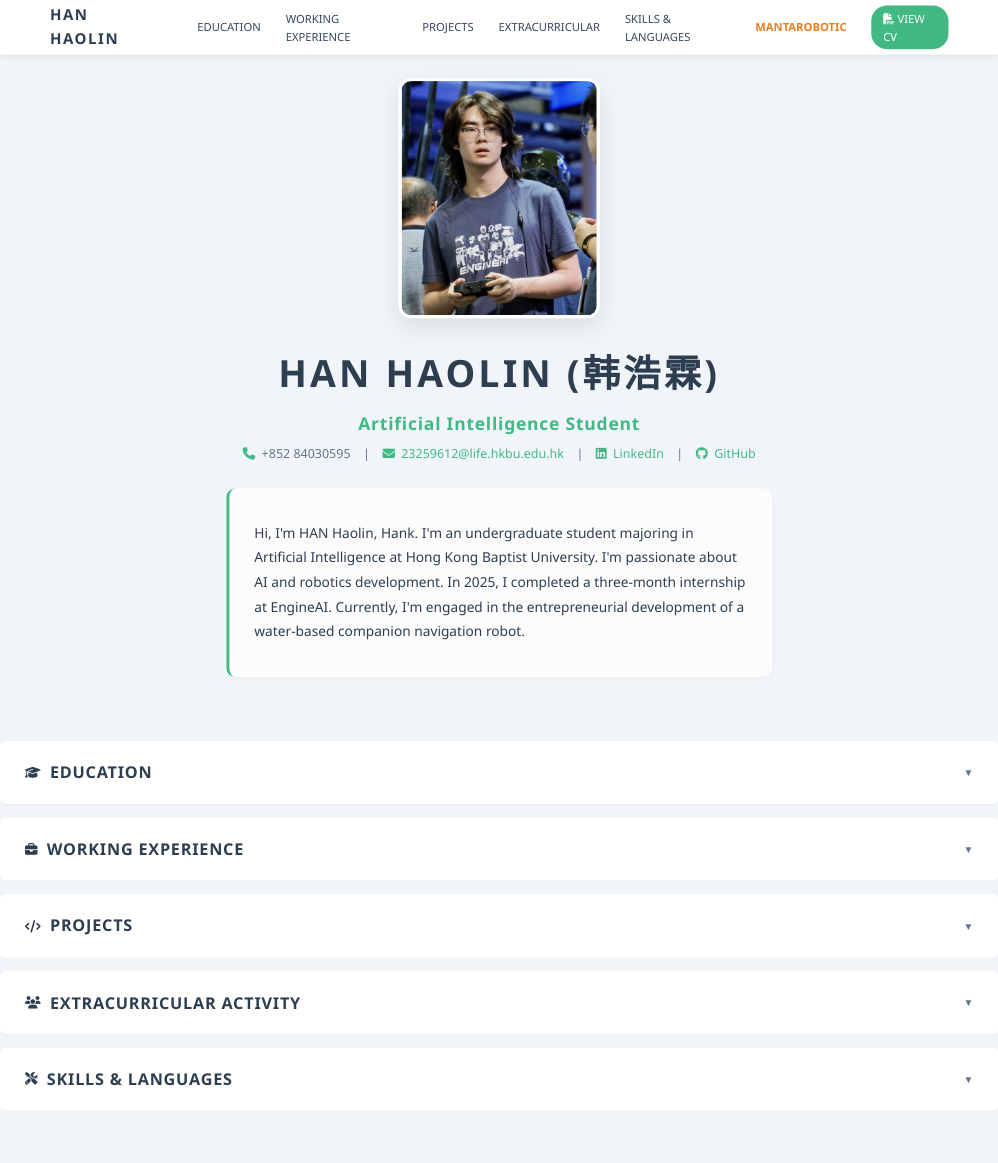
Repository: hhl2802149944-afk/hhl2802149944-afk.github.io
Page: /
An editor plug-in stored every save of this project. The page is shown before and after the next save, followed by the edit.
The browser window is 1280 px wide. The pictures show the whole page, at 78% of full size.
The project was rebuilt for these pictures with package versions that can differ from the ones it lists, and the page was loaded fresh each time. Also part of the build but not shown: vite.config.js, src/components/ProjectCard.vue, src/views/MantaRoboticView.vue.

Above is the page before, as saved 2026-01-22 11:28:59.

### index.html
<!DOCTYPE html>
<html lang="en">
  <head>
    <meta charset="UTF-8">
    <link rel="icon" href="/favicon.ico">
    <meta name="viewport" content="width=device-width, initial-scale=1.0">
    <title>Han Haolin - Resume</title>
  </head>
  <body>
    <div id="app"></div>
    <script type="module" src="/src/main.js"></script>
  </body>
</html>

### src/main.js
import { createApp } from 'vue'
import App from './App.vue'
import router from './router'
import './assets/main.css'
import '@fortawesome/fontawesome-free/css/all.css'

const app = createApp(App)

app.use(router)

app.mount('#app')

### src/App.vue
<script setup>
import { RouterView } from 'vue-router'
</script>

<template>
  <RouterView />
</template>

<style>
/* Global styles can go here */
</style>

### src/router/index.js
import { createRouter, createWebHistory } from 'vue-router'
import HomeView from '../views/HomeView.vue'
import MantaRoboticView from '../views/MantaRoboticView.vue'

const router = createRouter({
  history: createWebHistory(import.meta.env.BASE_URL),
  routes: [
    {
      path: '/',
      name: 'home',
      component: HomeView
    },
    {
      path: '/manta-robotic',
      name: 'manta-robotic',
      component: MantaRoboticView
    }
  ]
})

export default router

### src/assets/main.css
:root {
  --primary-color: #2c3e50;
  --secondary-color: #34495e;
  --accent-color: #42b883;
  --text-color: #2c3e50;
  --light-text: #64748b;
  --bg-color: #f1f5f9;
  --card-bg: #ffffff;
  --border-color: #e2e8f0;
}

body {
  margin: 0;
  font-family: 'Segoe UI', Roboto, Helvetica, Arial, sans-serif;
  background-color: var(--bg-color);
  color: var(--text-color);
  line-height: 1.6;
}

.home {
  max-width: 1000px;
  margin: 0 auto;
  min-height: 100vh;
  background-color: white;
  box-shadow: 0 0 20px rgba(0,0,0,0.05);
  padding: 3rem 4rem;
}

h1, h2, h3, h4 {
  color: var(--primary-color);
  margin-top: 0;
}

a {
  color: var(--accent-color);
  text-decoration: none;
  transition: color 0.2s;
}

a:hover {
  color: var(--secondary-color);
  text-decoration: underline;
}

@media (max-width: 768px) {
  .home {
    padding: 2rem;
  }
}

@media (max-width: 480px) {
  .home {
    padding: 1rem;
  }
}

### src/views/HomeView.vue
<script setup>
import NavBar from '../components/NavBar.vue'
import ResumeHeader from '../components/ResumeHeader.vue'
import ResumeSection from '../components/ResumeSection.vue'
import ProjectCard from '../components/ProjectCard.vue'

const resumeData = {
  name: "Han Haolin (韩浩霖)",
  title: "Artificial Intelligence Student",
  summary: "Hi, I'm HAN Haolin, Hank. I'm an undergraduate student majoring in Artificial Intelligence at Hong Kong Baptist University. I'm passionate about AI and robotics development. In 2025, I completed a three-month internship at EngineAI. Currently, I'm engaged in the entrepreneurial development of a water-based companion navigation robot.",
  contact: {
    phone: "+852 84030595",
    email: "23259612@life.hkbu.edu.hk",
    linkedin: "https://linkedin.com/in/HaolinHAN",
    github: "https://github.com/hhl2802149944-afk"
  },
  education: {
    school: "Hong Kong Baptist University",
    major: "Artificial Intelligence",
    gpa: "3.01/4",
    courses: ["Artificial Intelligence and Machine Learning", "Software Engineering", "Data Communications and Networking"]
  },
  experience: [
    {
      name: "EngineAI Robotics Technology Co., Ltd.",
      date: "May - Aug 2025",
      role: "Robot Embedded Software Intern",
      details: [
        "Learning robot embedded software development based on the Ubuntu system, conducting factory testing of products and developing with the Intel RealSense D435i.",
        "Participate in world-class artificial intelligence exhibitions such as Macau EXPO and WRC, showcasing company products while conducting market research and sales activities"
      ]
    },
    {
      name: "Student Helper for Computer Science",
      date: "Nov - Dec 2024",
      role: "Hong Kong Baptist University",
      details: [
        "Facilitated weekly Python programming labs under professor supervision.",
        "Providing hands-on coding guidance to 30+ undergraduate students."
      ]
    }
  ],
  projects: [
    {
      name: "Internship Management System Documentation",
      date: "Oct 2025 - Dec 2025",
      role: "Software Engineering Project",
      details: [
        "Proposal for Enhancements and Testing Plan for the Internship System.",
        "Total: 105 pages, 13,377 words."
      ]
    },
    {
      name: "Online Multiplayer Drawing and Chat Platform",
      date: "2025",
      role: "Full-Stack Developer",
      details: [
        "Designed and implemented a real-time multiplayer drawing and chat system.",
        "Full-Stack Design for a Library Management Website."
      ]
    },
    {
      name: "Java Game Development Portfolio",
      date: "2024",
      role: "Game Programmer",
      details: [
        "Successfully developed three classic games: Labyrinth, Tetris, and Modern Art.",
        "Designed and developed an original computer game as an independent project."
      ]
    },
    {
      name: "Soccer Recognition AI System",
      date: "2025",
      role: "AI Developer",
      details: [
        "Developed an autonomous model for identifying and tracking players and the ball in soccer footage.",
        "Implemented computer vision algorithms to process real-time sports video data."
      ]
    }
  ],
  extracurricular: [
    {
      name: "Internal Vice President",
      date: "Apr 2024 - Apr 2025",
      role: "HKBU Chinese Students and Scholars Association",
      details: [
        "Communicated with executive board members, organized team building, and improved cohesion.",
        "Organised a two-week orientation programme for 300 new mainland students.",
        "Managed a total of 13 events during the year."
      ]
    },
    {
      name: "ROBOCON 2025，HKBU",
      date: "Dec 2024 - Jan 2025",
      role: "Mechanical Design and Programming Engineer",
      details: [
        "Mechanical designer for the HKBU team in the 2025 Robocon robotics competition.",
        "Assisted with site identification and programming of AI autonomous task modules."
      ]
    }
  ],
  skills: {
    programming: ["Python", "Java", "Javascript", "HTML", "Markdown"],
    ai_tech: ["CNN", "RNN", "GAN", "Ubuntu"],
    publicity: ["Canva", "WeChat Public", "Capcut"]
  },
  languages: [
    { name: "Mandarin", level: "Native" },
    { name: "English", level: "Fluent" },
    { name: "Cantonese", level: "Basic" }
  ]
}
</script>

<template>
  <NavBar />
  <main class="resume-container">
    <ResumeHeader
      :name="resumeData.name"
      :title="resumeData.title"
      :contact="resumeData.contact"
      :summary="resumeData.summary"
    />

    <ResumeSection title="Education" id="education">
      <template #icon><i class="fas fa-graduation-cap"></i></template>
      <div class="education-item">
        <div class="edu-header">
          <h3>{{ resumeData.education.school }}</h3>
          <span class="gpa">cGPA: {{ resumeData.education.gpa }}</span>
        </div>
        <p class="major">Major: {{ resumeData.education.major }}</p>
        <p class="courses"><strong>Core Courses:</strong> {{ resumeData.education.courses.join(', ') }}</p>
      </div>
    </ResumeSection>

    <ResumeSection title="Working Experience" id="experience">
      <template #icon><i class="fas fa-briefcase"></i></template>
      <ProjectCard
        v-for="(exp, index) in resumeData.experience"
        :key="index"
        :project="exp"
      />
    </ResumeSection>

    <ResumeSection title="Projects" id="projects">
      <template #icon><i class="fas fa-code"></i></template>
      <ProjectCard
        v-for="(proj, index) in resumeData.projects"
        :key="index"
        :project="proj"
      />
    </ResumeSection>

    <ResumeSection title="Extracurricular Activity" id="extracurricular">
      <template #icon><i class="fas fa-users"></i></template>
      <ProjectCard
        v-for="(item, index) in resumeData.extracurricular"
        :key="index"
        :project="item"
      />
    </ResumeSection>

    <ResumeSection title="Skills & Languages" id="skills">
      <template #icon><i class="fas fa-tools"></i></template>
      <div class="skills-lang-grid">
        <div class="skills-grid">
          <div class="skill-category">
            <h4>Programming</h4>
            <div class="skill-tags">
              <span v-for="skill in resumeData.skills.programming" :key="skill" class="tag">{{ skill }}</span>
            </div>
          </div>
          <div class="skill-category">
            <h4>AI & Tools</h4>
            <div class="skill-tags">
              <span v-for="skill in resumeData.skills.ai_tech" :key="skill" class="tag">{{ skill }}</span>
            </div>
          </div>
          <div class="skill-category">
            <h4>Publicity & Design</h4>
            <div class="skill-tags">
              <span v-for="skill in resumeData.skills.publicity" :key="skill" class="tag">{{ skill }}</span>
            </div>
          </div>
        </div>

        <div class="lang-list">
          <div v-for="lang in resumeData.languages" :key="lang.name" class="lang-item">
            <span class="lang-name">{{ lang.name }}</span>
            <span class="lang-level">{{ lang.level }}</span>
          </div>
        </div>
      </div>
    </ResumeSection>
  </main>
</template>

<style scoped>
.resume-container {
  padding-bottom: 50px;
}

.education-item {
  margin-bottom: 1.5rem;
}

.edu-header {
  display: flex;
  justify-content: space-between;
  align-items: center;
}

.major {
  font-weight: bold;
  color: var(--accent-color);
  margin: 0.2rem 0;
}

.courses {
  font-size: 0.9rem;
  color: #555;
}

.skills-lang-grid {
  display: grid;
  grid-template-columns: 2fr 1fr;
  gap: 2rem;
  align-items: start;
}

.skills-grid {
  display: flex;
  flex-direction: column;
  gap: 1.5rem;
}

.skill-category h4 {
  margin-bottom: 1rem;
  color: var(--secondary-color);
  border-bottom: 1px solid #ddd;
  padding-bottom: 0.3rem;
  font-size: 1rem;
}

.skill-tags {
  display: flex;
  flex-wrap: wrap;
  gap: 0.5rem;
}

.tag {
  background: #eef2f7;
  padding: 0.3rem 0.8rem;
  border-radius: 15px;
  font-size: 0.85rem;
  color: var(--primary-color);
}

.lang-list {
  display: flex;
  flex-direction: column;
  gap: 0.8rem;
}

.lang-item {
  display: flex;
  justify-content: space-between;
  padding: 0.5rem;
  background: white;
  border-radius: 4px;
  border-left: 3px solid var(--accent-color);
  box-shadow: 0 1px 3px rgba(0,0,0,0.05);
}

.lang-name {
  font-weight: bold;
}

.lang-level {
  color: #666;
  font-size: 0.9rem;
}

@media (max-width: 768px) {
  .skills-lang-grid {
    grid-template-columns: 1fr;
  }
}
</style>

### src/components/NavBar.vue
<script setup>
import { ref } from 'vue'
import { useRouter, useRoute } from 'vue-router'

const router = useRouter()
const route = useRoute()
const isMenuOpen = ref(false)

const sections = [
  { id: 'education', name: 'Education' },
  { id: 'experience', name: 'Working Experience' },
  { id: 'projects', name: 'Projects' },
  { id: 'extracurricular', name: 'Extracurricular' },
  { id: 'skills', name: 'Skills & Languages' }
]

const scrollToSection = async (id) => {
  if (route.name !== 'home') {
    await router.push({ name: 'home' })
    // Wait for the DOM to update
    setTimeout(() => {
      const el = document.getElementById(id)
      if (el) {
        el.scrollIntoView({ behavior: 'smooth' })
      }
    }, 100)
  } else {
    const el = document.getElementById(id)
    if (el) {
      el.scrollIntoView({ behavior: 'smooth' })
    }
  }
  isMenuOpen.value = false
}

const goToMantaRobotic = () => {
  router.push({ name: 'manta-robotic' })
  isMenuOpen.value = false
}
</script>

<template>
  <nav class="navbar">
    <div class="nav-container">
      <div class="nav-logo" @click="scrollToSection('hero')">HAN HAOLIN</div>

      <div class="nav-links" :class="{ 'nav-active': isMenuOpen }">
        <div v-for="section in sections"
             :key="section.id"
             class="nav-item"
             @click="scrollToSection(section.id)">
          {{ section.name }}
        </div>
        <div class="nav-item highlight" @click="goToMantaRobotic">
          MantaRobotic
        </div>
        <a href="/assets/HAN Haolin's CV.pdf" target="_blank" class="nav-item cv-button">
          <i class="fas fa-file-pdf"></i> View CV
        </a>
      </div>

      <div class="burger" @click="isMenuOpen = !isMenuOpen">
        <div class="line1"></div>
        <div class="line2"></div>
        <div class="line3"></div>
      </div>
    </div>
  </nav>
</template>

<style scoped>
.navbar {
  position: fixed;
  top: 0;
  left: 0;
  width: 100%;
  height: 70px;
  background: white;
  display: flex;
  justify-content: center;
  align-items: center;
  z-index: 1000;
  box-shadow: 0 2px 10px rgba(0,0,0,0.1);
}

.nav-container {
  width: 90%;
  max-width: 1200px;
  display: flex;
  justify-content: flex-start;
  align-items: center;
  gap: 3rem;
}

.nav-logo {
  font-weight: bold;
  font-size: 1.2rem;
  letter-spacing: 2px;
  cursor: pointer;
  color: var(--primary-color);
}

.nav-links {
  display: flex;
  gap: 2rem;
  align-items: center;
}

.nav-item {
  cursor: pointer;
  font-weight: 500;
  color: var(--secondary-color);
  transition: color 0.3s;
  font-size: 0.9rem;
  text-transform: uppercase;
}

.nav-item:hover {
  color: var(--accent-color);
}

.nav-item.highlight {
  color: #e67e22;
  font-weight: bold;
}

.cv-button {
  background: var(--accent-color);
  color: white !important;
  padding: 5px 15px;
  border-radius: 20px;
  transition: transform 0.2s, background 0.2s;
  text-decoration: none !important;
}

.cv-button:hover {
  transform: translateY(-2px);
  background: var(--secondary-color);
}

.burger {
  display: none;
  cursor: pointer;
  margin-left: auto;
}

.burger div {
  width: 25px;
  height: 3px;
  background-color: var(--primary-color);
  margin: 5px;
  transition: all 0.3s ease;
}

@media screen and (max-width: 768px) {
  .nav-links {
    position: absolute;
    right: 0px;
    height: 92vh;
    top: 70px;
    background-color: white;
    display: flex;
    flex-direction: column;
    align-items: center;
    width: 50%;
    transform: translateX(100%);
    transition: transform 0.5s ease-in;
    padding-top: 2rem;
  }

  .nav-links.nav-active {
    transform: translateX(0%);
  }

  .burger {
    display: block;
  }
}
</style>

### src/components/ResumeHeader.vue
<script setup>
defineProps({
  name: String,
  title: String,
  contact: Object,
  summary: String
})

const imageUrl = '/assets/HAN Haolin.jpg'
</script>

<template>
  <header class="resume-header" id="hero">
    <div class="header-content">
      <div class="profile-pic-container">
        <img :src="imageUrl" alt="Han Haolin" class="profile-pic">
      </div>
      <div class="text-info">
        <h1>{{ name }}</h1>
        <p class="subtitle">{{ title }}</p>
        <div class="contact-info">
          <span><i class="fas fa-phone"></i> {{ contact.phone }}</span> |
          <a :href="'mailto:' + contact.email"><i class="fas fa-envelope"></i> {{ contact.email }}</a> |
          <a :href="contact.linkedin" target="_blank"><i class="fab fa-linkedin"></i> LinkedIn</a> |
          <a :href="contact.github" target="_blank"><i class="fab fa-github"></i> GitHub</a>
        </div>
        <div class="about-me">
          <p>{{ summary }}</p>
        </div>
      </div>
    </div>
  </header>
</template>

<style scoped>
.resume-header {
  padding: 100px 0 50px 0;
  margin-bottom: 2rem;
  text-align: center;
}

.header-content {
  display: flex;
  flex-direction: column;
  align-items: center;
  gap: 2rem;
}

.text-info {
  max-width: 700px;
}

h1 {
  margin: 0;
  font-size: 3rem;
  text-transform: uppercase;
  letter-spacing: 4px;
  color: var(--primary-color);
}

.subtitle {
  font-size: 1.4rem;
  color: var(--accent-color);
  font-weight: 600;
  margin: 0.5rem 0;
  letter-spacing: 1px;
}

.contact-info {
  font-size: 1rem;
  color: var(--light-text);
  margin-bottom: 2rem;
  display: flex;
  justify-content: center;
  align-items: center;
  gap: 1rem;
  flex-wrap: wrap;
}

.contact-info i {
  color: var(--accent-color);
  margin-right: 4px;
}

.about-me {
  text-align: left;
  line-height: 1.8;
  font-size: 1.1rem;
  color: var(--text-color);
  background: #fcfcfc;
  padding: 1.5rem 2rem;
  border-radius: 12px;
  border-left: 4px solid var(--accent-color);
  box-shadow: 0 4px 15px rgba(0,0,0,0.02);
}

.profile-pic-container {
  width: 250px;
  height: 300px;
  border-radius: 16px;
  overflow: hidden;
  box-shadow: 0 10px 30px rgba(0,0,0,0.1);
  border: 4px solid white;
  transform-origin: center;
}

.profile-pic {
  width: 100%;
  height: 100%;
  object-fit: cover;
}

@media (max-width: 768px) {
  h1 { font-size: 2.2rem; }
  .profile-pic-container {
    width: 200px;
    height: 266px;
    transform: scale(1.1); /* 移动端稍微缩小一点缩放倍数 */
  }
}
</style>

### src/components/ResumeSection.vue
<script setup>
import { ref } from 'vue'

defineProps({
  title: String,
  id: String
})

const isOpen = ref(false)
</script>

<template>
  <section :id="id" class="resume-section">
    <div class="section-header" @click="isOpen = !isOpen">
      <div class="title-with-icon">
        <slot name="icon"></slot>
        <h2>{{ title }}</h2>
      </div>
      <span class="toggle-icon" :class="{ 'is-open': isOpen }">▼</span>
    </div>
    <transition name="fade">
      <div v-if="isOpen" class="section-content">
        <slot></slot>
      </div>
    </transition>
  </section>
</template>

<style scoped>
.resume-section {
  margin-bottom: 1rem;
  background: white;
  border-radius: 8px;
  overflow: hidden;
  border-bottom: 1px solid var(--border-color);
}

.section-header {
  padding: 1.5rem 2rem;
  display: flex;
  justify-content: space-between;
  align-items: center;
  cursor: pointer;
  background: #fff;
  transition: background 0.3s;
}

.section-header:hover {
  background: #fcfcfc;
}

.title-with-icon {
  display: flex;
  align-items: center;
  gap: 12px;
}

.title-with-icon i {
  color: var(--accent-color);
  font-size: 1.2rem;
}

h2 {
  font-size: 1.3rem;
  margin: 0;
  text-transform: uppercase;
  letter-spacing: 1px;
  color: var(--primary-color);
}

.toggle-icon {
  font-size: 0.8rem;
  transition: transform 0.3s;
  color: var(--light-text);
}

.toggle-icon.is-open {
  transform: rotate(180deg);
}

.section-content {
  padding: 0 2rem 2rem 2rem;
}

.fade-enter-active, .fade-leave-active {
  transition: opacity 0.3s ease, transform 0.3s ease;
}

.fade-enter-from, .fade-leave-to {
  opacity: 0;
  transform: translateY(-10px);
}
</style>

After the next save:
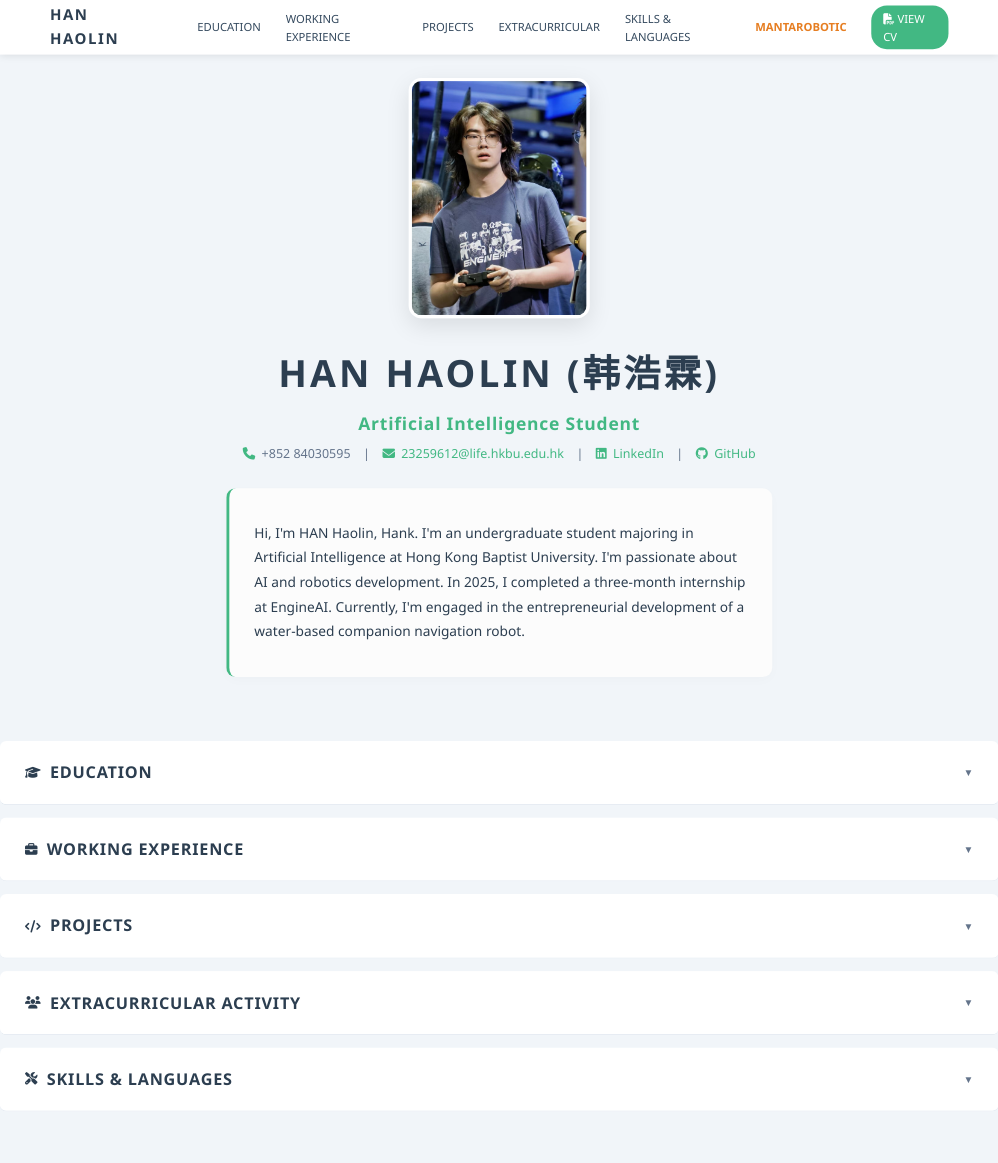
Saved 8 s later.
--- a/src/components/ResumeHeader.vue
+++ b/src/components/ResumeHeader.vue
@@ -95,7 +95,7 @@ h1 {
 }
 
 .profile-pic-container {
-  width: 250px;
+  width: 224px;
   height: 300px;
   border-radius: 16px;
   overflow: hidden;
